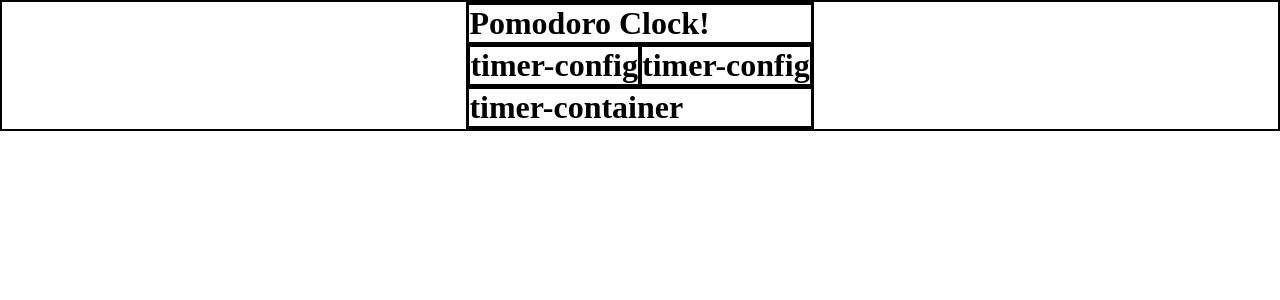
Repository: mcostigliola/pomodoroTimer
Page: index.html
An editor plug-in stored every save of this project. The page is shown before and after the next save, followed by the edit.
The browser window is 1280 px wide. The pictures show the whole page.

Above is the page before, as saved 2020-05-22 19:00:14.
Not found: main.js

After the next save:
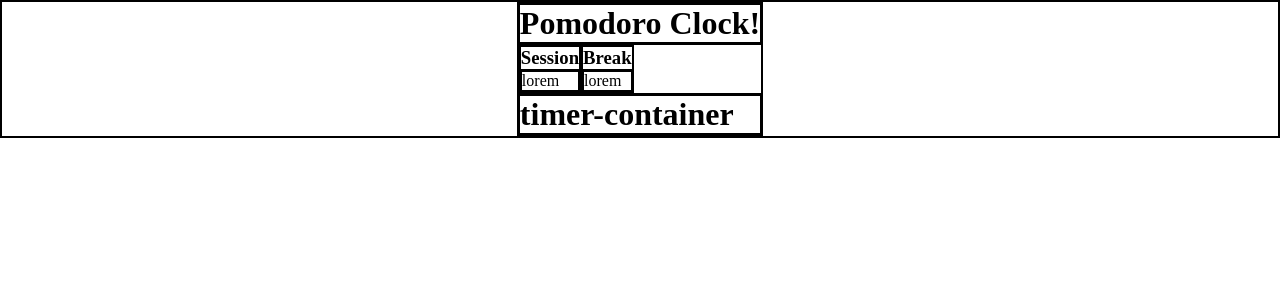
Saved 4 min 43 s later.
--- a/index.html
+++ b/index.html
@@ -16,10 +16,16 @@
 
     <div id="session-container">
       <div class="timer-configurator">
-        <h1>timer-config</h1>
+        <h3 class="cnfg-name">Session</h3>
+        <div class="cnfg-controller">
+          <p>lorem</p>
+        </div>
       </div>
       <div class="timer-configurator">
-        <h1>timer-config</h1>
+        <h3 class="cnfg-name">Break</h3>
+        <div class="cnfg-controller">
+          <p>lorem</p>
+        </div>
       </div>
     </div>
 
